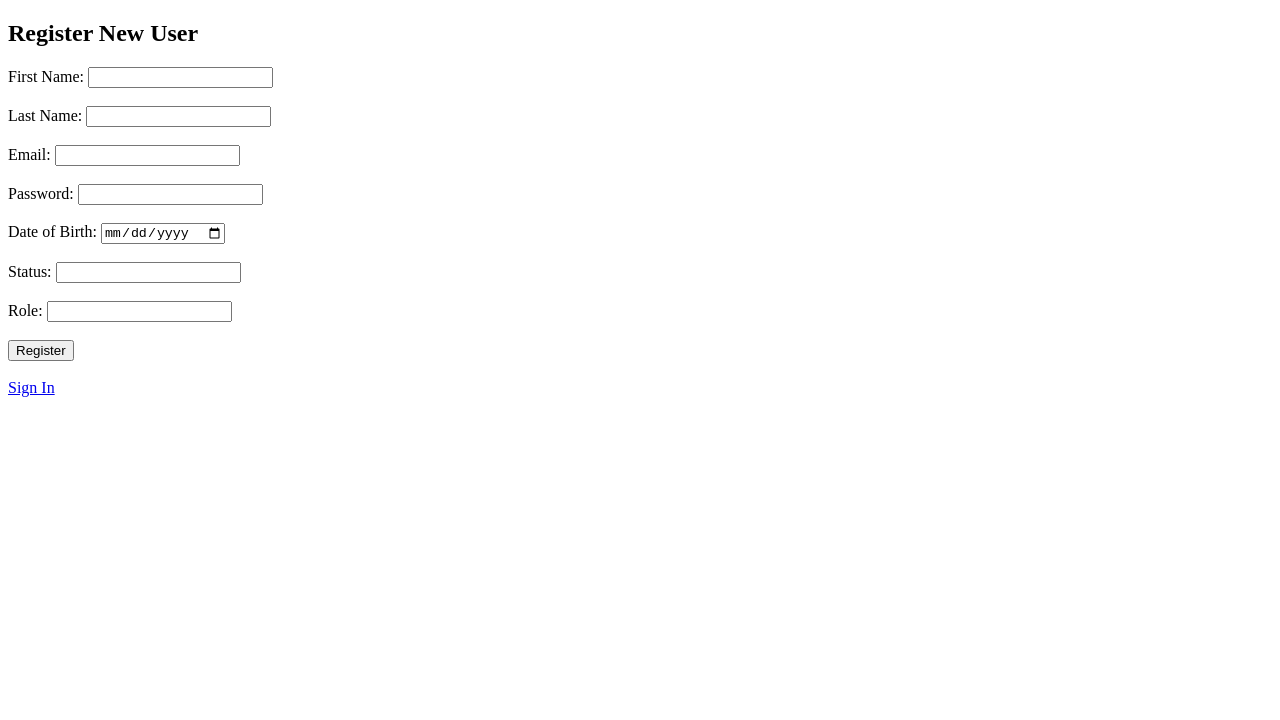
Repository: bhageshchincholi/AdvanceJava
Page: Election/Election/webcontent/SignUp.html
These files come from the project's save history. The page is drawn as it stood at one moment and after the next save; the edit follows.
The browser window is 1280 px wide. The pictures show the whole page.

Above is the page before, as saved 2024-06-09 13:00:56.

### Election/Election/webcontent/SignUp.html
<!DOCTYPE html>
<html>
<head>
<meta charset="ISO-8859-1">
<title>New User Register</title>
</head>
<body>
<!DOCTYPE html>
<html lang="en">
<head>
    <meta charset="UTF-8">
    <meta name="viewport" content="width=device-width, initial-scale=1.0">
    <title>New User Register</title>
</head>
<body>
    <h2>Register New User</h2>
    <form method="post" action="register">
        <label for="firstName">First Name:</label>
        <input type="text" id="firstName" name="firstName" required />
        <br><br>

        <label for="lastName">Last Name:</label>
        <input type="text" id="lastName" name="lastName" required />
        <br><br>

        <label for="email">Email:</label>
        <input type="email" id="email" name="email" required />
        <br><br>

        <label for="password">Password:</label>
        <input type="password" id="password" name="password" required />
        <br><br>

        <label for="dob">Date of Birth:</label>
        <input type="date" id="dob" name="dob" required />
        <br><br>

        <label for="status">Status:</label>
        <input type="text" id="status" name="status" required />
        <br><br>

        <label for="role">Role:</label>
        <input type="text" id="role" name="role" required />
        <br><br>

        <input type="submit" value="Register" />
    </form>
    <br>
    <a href="index.html">Sign In</a>
</body>
</html>

After the next save:
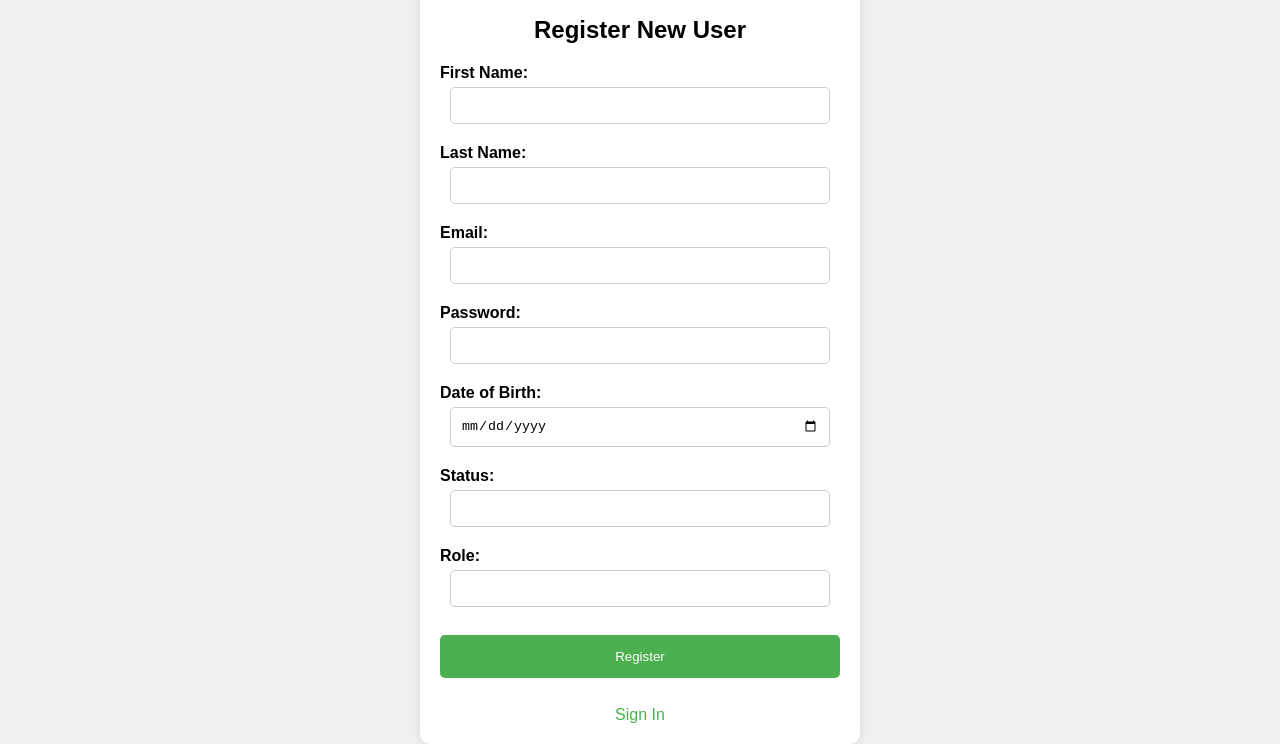
Saved 2 min 40 s later.
--- a/Election/Election/webcontent/SignUp.html
+++ b/Election/Election/webcontent/SignUp.html
@@ -1,51 +1,100 @@
-<!DOCTYPE html>
-<html>
-<head>
-<meta charset="ISO-8859-1">
-<title>New User Register</title>
-</head>
-<body>
 <!DOCTYPE html>
 <html lang="en">
 <head>
     <meta charset="UTF-8">
     <meta name="viewport" content="width=device-width, initial-scale=1.0">
     <title>New User Register</title>
+    <style>
+        body {
+            display: flex;
+            justify-content: center;
+            align-items: center;
+            height: 100vh;
+            margin: 0;
+            background-color: #f0f0f0;
+            font-family: Arial, sans-serif;
+        }
+        .container {
+            background-color: #ffffff;
+            padding: 20px;
+            border-radius: 10px;
+            box-shadow: 0 0 10px rgba(0, 0, 0, 0.1);
+            max-width: 400px;
+            width: 100%;
+            text-align: center;
+        }
+        h2 {
+            margin-bottom: 20px;
+        }
+        label {
+            display: block;
+            text-align: left;
+            margin-bottom: 5px;
+            font-weight: bold;
+        }
+        input[type="text"],
+        input[type="email"],
+        input[type="password"],
+        input[type="date"] {
+            width: calc(100% - 20px);
+            padding: 10px;
+            margin-bottom: 20px;
+            border: 1px solid #ccc;
+            border-radius: 5px;
+            box-sizing: border-box;
+        }
+        input[type="submit"] {
+            width: 100%;
+            background-color: #4CAF50;
+            color: white;
+            padding: 14px 20px;
+            margin: 8px 0;
+            border: none;
+            border-radius: 5px;
+            cursor: pointer;
+        }
+        input[type="submit"]:hover {
+            background-color: #45a049;
+        }
+        a {
+            display: block;
+            margin-top: 20px;
+            color: #4CAF50;
+            text-decoration: none;
+        }
+        a:hover {
+            text-decoration: underline;
+        }
+    </style>
 </head>
 <body>
-    <h2>Register New User</h2>
-    <form method="post" action="register">
-        <label for="firstName">First Name:</label>
-        <input type="text" id="firstName" name="firstName" required />
-        <br><br>
+    <div class="container">
+        <h2>Register New User</h2>
+        <form method="post" action="register">
+            <label for="firstName">First Name:</label>
+            <input type="text" id="firstName" name="firstName" required />
 
-        <label for="lastName">Last Name:</label>
-        <input type="text" id="lastName" name="lastName" required />
-        <br><br>
+            <label for="lastName">Last Name:</label>
+            <input type="text" id="lastName" name="lastName" required />
 
-        <label for="email">Email:</label>
-        <input type="email" id="email" name="email" required />
-        <br><br>
+            <label for="email">Email:</label>
+            <input type="email" id="email" name="email" required />
 
-        <label for="password">Password:</label>
-        <input type="password" id="password" name="password" required />
-        <br><br>
+            <label for="password">Password:</label>
+            <input type="password" id="password" name="password" required />
 
-        <label for="dob">Date of Birth:</label>
-        <input type="date" id="dob" name="dob" required />
-        <br><br>
+            <label for="dob">Date of Birth:</label>
+            <input type="date" id="dob" name="dob" required />
 
-        <label for="status">Status:</label>
-        <input type="text" id="status" name="status" required />
-        <br><br>
+            <label for="status">Status:</label>
+            <input type="text" id="status" name="status" required />
 
-        <label for="role">Role:</label>
-        <input type="text" id="role" name="role" required />
-        <br><br>
+            <label for="role">Role:</label>
+            <input type="text" id="role" name="role" required />
 
-        <input type="submit" value="Register" />
-    </form>
-    <br>
-    <a href="index.html">Sign In</a>
+            <input type="submit" value="Register" />
+        </form>
+        <a href="index.html">Sign In</a>
+    </div>
 </body>
 </html>
